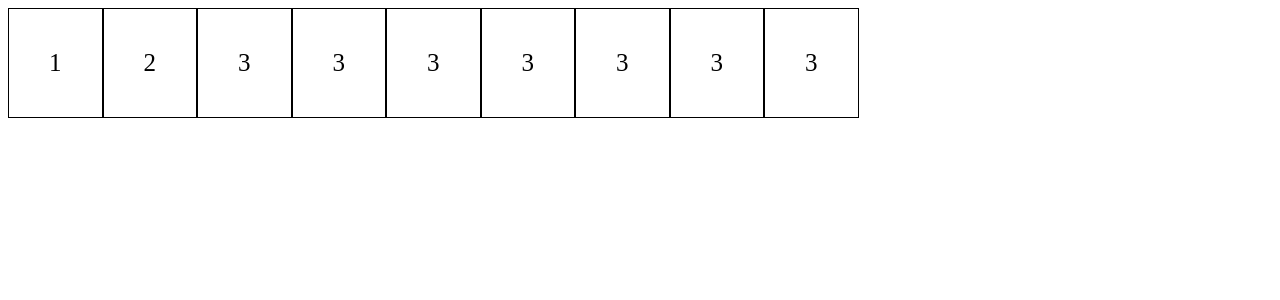
Repository: m-lomakin/test
Page: test/flex/flex.html
The author's editor kept a copy of each file at every save. The page is drawn from the files as they stood at one save, then again after the next save.
The browser window is 1280 px wide. The pictures show the whole page.

Above is the page before, as saved 2023-03-12 08:44:50.

After the next save:
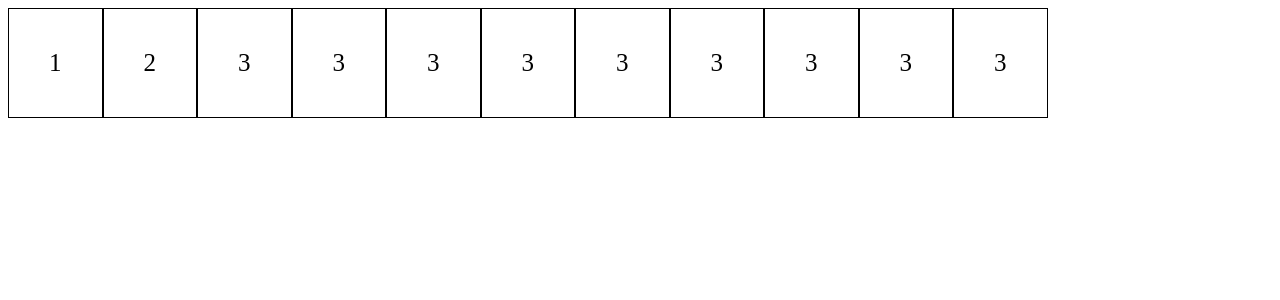
Saved 21 s later.
--- a/test/flex/flex.html
+++ b/test/flex/flex.html
@@ -38,5 +38,8 @@
         <div class="item item_3">3</div>
         <div class="item item_3">3</div>
         <div class="item item_3">3</div>
+        <div class="item item_3">3</div>
+        <div class="item item_3">3</div>
+
 
         </div>
